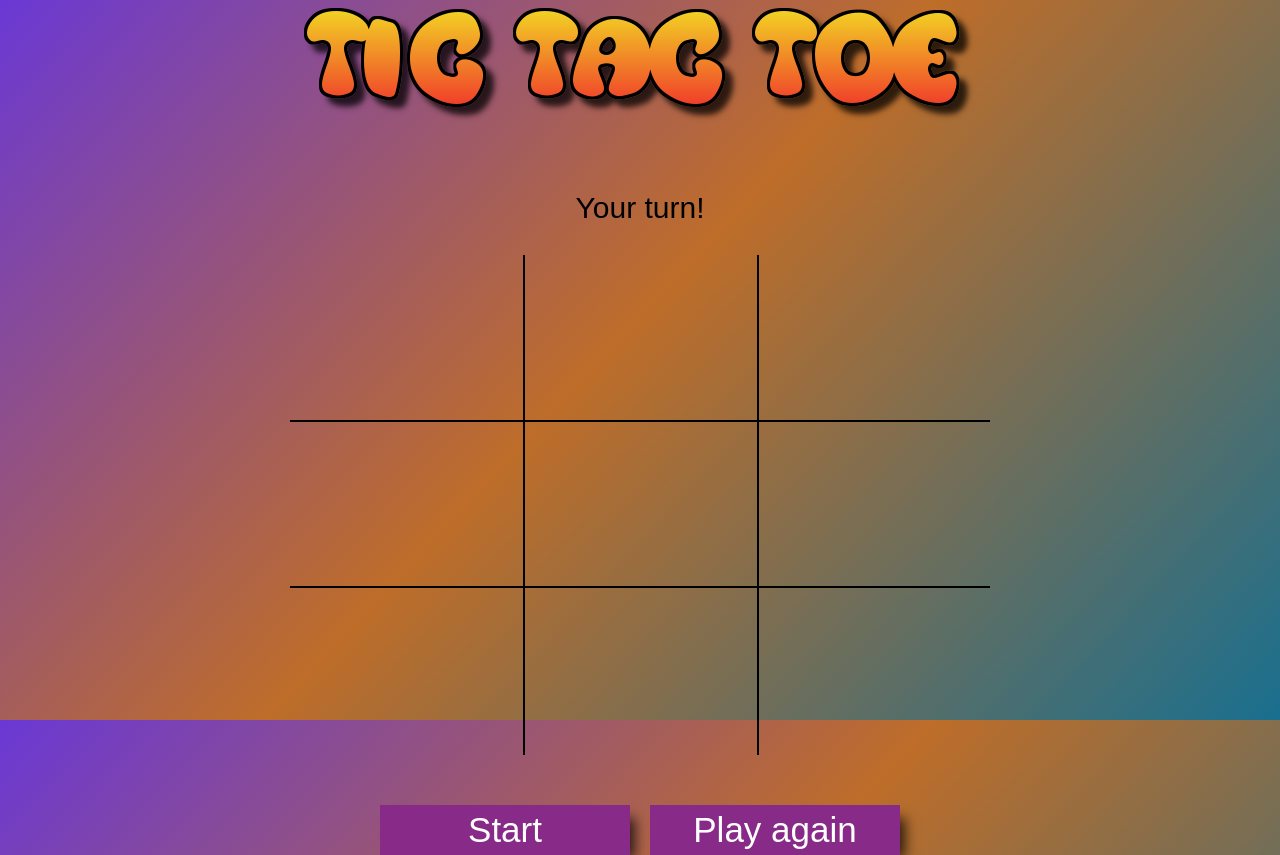
Repository: malx9/Project--5---Tic-Tac-Toe-with-AI
Page: index.html
An editor plug-in stored every save of this project. The page is shown before and after the next save, followed by the edit.
The browser window is 1280 px wide. The pictures show the whole page.
Some web fonts or font styles are not loaded; a fallback is used.

Above is the page before, as saved 2023-12-25 18:01:14.

### index.html
<!DOCTYPE html>
<html lang="en">
  <head>
    <meta charset="UTF-8" />
    <meta name="viewport" content="width=device-width, initial-scale=1.0" />
    <link rel="stylesheet" href="styles.css" />
    <title>Tic Tac Toe</title>
  </head>
  <body>
    <header>
      <img class="logo" src="images/logo.png" />
    </header>
    <main>
      <div class="current--player">
        <p class="current--player--information">Your turn!</p>
      </div>
      <div class="game--board">
        <div class="square square-1"></div>
        <div class="square square-2"></div>
        <div class="square square-3"></div>
        <div class="square square-4"></div>
        <div class="square square-5"></div>
        <div class="square square-6"></div>
        <div class="square square-7"></div>
        <div class="square square-8"></div>
        <div class="square square-9"></div>
      </div>
      <div class="game--options">
        <button class="game--options__button game--options__start">
          Start
        </button>
        <button class="game--options__button game--options__play">
          Play again
        </button>
      </div>
    </main>
  </body>
</html>

### styles.css
@import url("https://fonts.googleapis.com/css2?family=Concert+One&display=swap");

html {
  height: 100%;
  margin: 0;
  font-family: "Concert One", sans-serif;
}

body {
  margin: 0;
  background: rgb(106, 56, 213);
  background: linear-gradient(
    133deg,
    rgba(106, 56, 213, 1) 0%,
    rgba(190, 109, 41, 1) 48%,
    rgba(25, 111, 143, 1) 100%
  );
}

.logo {
  display: block;
  margin-left: auto;
  margin-right: auto;
  margin-bottom: 30px;
}

.current--player {
  display: flex;
  justify-content: center;
  align-items: center;
  font-size: 30px;
}

.game--board {
  display: grid;
  grid-template-columns: repeat(3, 1fr);
  grid-template-rows: repeat(3, 1fr);
  width: 700px;
  height: 500px;
  margin: auto;
}

.square {
  background-color: transparent;
  border: 2px solid #000000;
  border-top: 0;
  border-right: 0;
}

.square-7,
.square-8,
.square-9 {
  border-bottom: 0;
}

.square-1,
.square-4,
.square-7 {
  border-left: 0;
}

.game--options {
  display: flex;
  justify-content: center;
  align-items: center;
  gap: 20px;
  margin-top: 50px;
}

.game--options__button {
  width: 250px;
  height: 50px;
  background-color: rgb(136, 43, 136);
  border-style: solid;
  border: 0;
  font-size: 35px;
  color: rgb(255, 255, 255);
  font-family: "Concert One", sans-serif;
  box-shadow: 10px 8px 12px -5px rgba(0, 0, 0, 0.75);
}

After the next save:
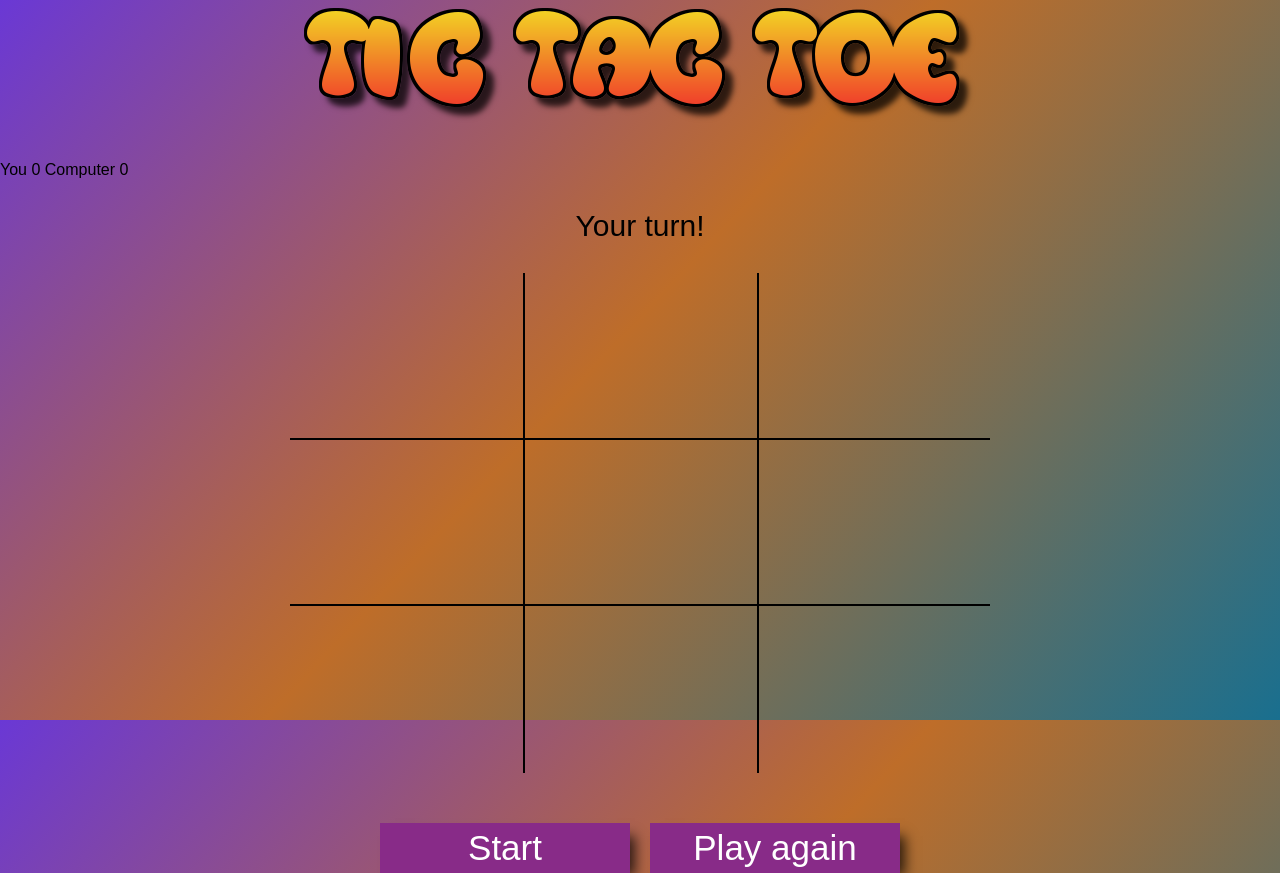
Saved 2 min 1 s later.
--- a/index.html
+++ b/index.html
@@ -11,6 +11,12 @@
       <img class="logo" src="images/logo.png" />
     </header>
     <main>
+      <div class="scoreboard">
+        <span>You</span>
+        <span>0</span>
+        <span>Computer</span>
+        <span>0</span>
+      </div>
       <div class="current--player">
         <p class="current--player--information">Your turn!</p>
       </div>
